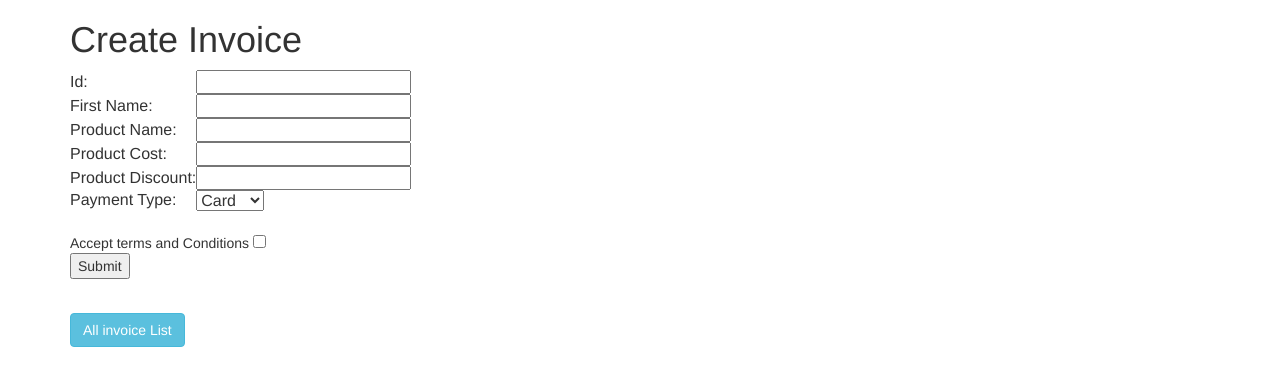
Repository: bharath309/backup
Page: http://localhost/invoice-crud-operation/
An editor plug-in stored every save of this project. The page is shown before and after the next save, followed by the edit.
The browser window is 1280 px wide. The pictures show the whole page.
The page is served by Tomcat 9. Other server files are loaded and not shown.

Above is the page before, as saved 2018-03-02 17:10:59.

### invoice-crud-operation/src/main/webapp/index.jsp
<html>
<head>
<title>Invoice</title>
<meta charset="utf-8">
<meta name="viewport" content="width=device-width, initial-scale=1">
<link rel="stylesheet"
	href="https://maxcdn.bootstrapcdn.com/bootstrap/3.3.7/css/bootstrap.min.css">
<script
	src="https://ajax.googleapis.com/ajax/libs/jquery/3.3.1/jquery.min.js"></script>
<script
	src="https://maxcdn.bootstrapcdn.com/bootstrap/3.3.7/js/bootstrap.min.js"></script>
</head>
<body>
	<div class="container">
		<h1>Create Invoice</h1>

		<form action="un.do" method="post">
			<table>
				<tr>
					<td>Id:</td>
					<td><input type="number" name="id"></td>
				</tr>
				<tr>
					<td>First Name:</td>
					<td><input type="text" name="fname"></td>
				</tr>
				<tr>
					<td>Product Name:</td>
					<td><input type="text" name="pname"></td>
				</tr>
				<tr>
					<td>Product Cost:</td>
					<td><input type="number" step="any" name="cost"></td>
				</tr>
				<tr>
					<td>Product Discount:</td>
					<td><input type="number" step="any" name="discount"></td>
				</tr>
				<tr>
					<td>Payment Type:</td>
					<td><select name="dropdownlist">
							<option value="Card">Card</option>
							<option value="Cash">Cash</option>
							<option value="Check">Check</option>
					</select></td>
				</tr>
			</table>
			<br> Accept terms and Conditions <input type="checkbox"
				name="checkbox" value="yes"> <br>
			<button type="submit">Submit</button>
		</form>

		<form action="show.do" method="post">
			<br>
			<a href="/allInvoiceList.jsp" class="btn btn-info">All invoice List</a>

		</form>
	</div>
</body>
</html>

After the next save:
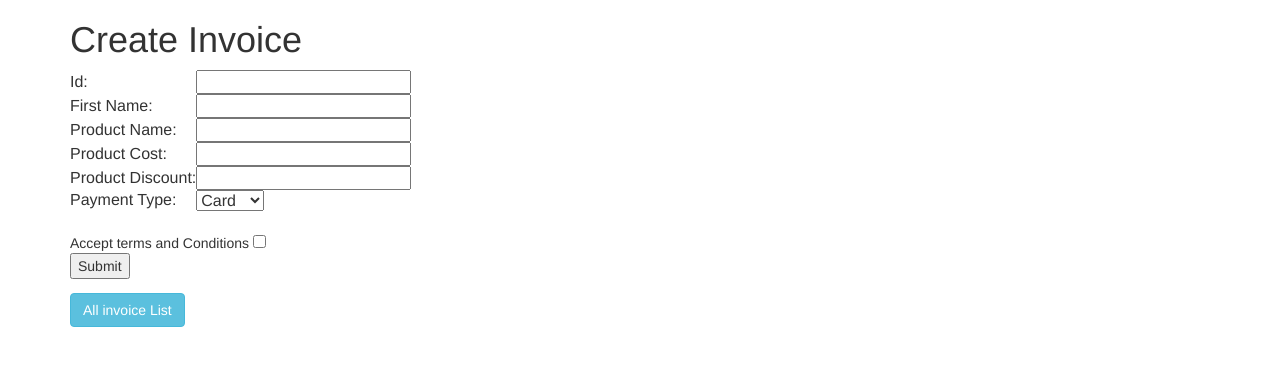
Saved 34 s later.
--- a/invoice-crud-operation/src/main/webapp/index.jsp
+++ b/invoice-crud-operation/src/main/webapp/index.jsp
@@ -50,11 +50,10 @@
 			<button type="submit">Submit</button>
 		</form>
 
-		<form action="show.do" method="post">
-			<br>
+
 			<a href="/allInvoiceList.jsp" class="btn btn-info">All invoice List</a>
 
-		</form>
+
 	</div>
 </body>
 </html>
